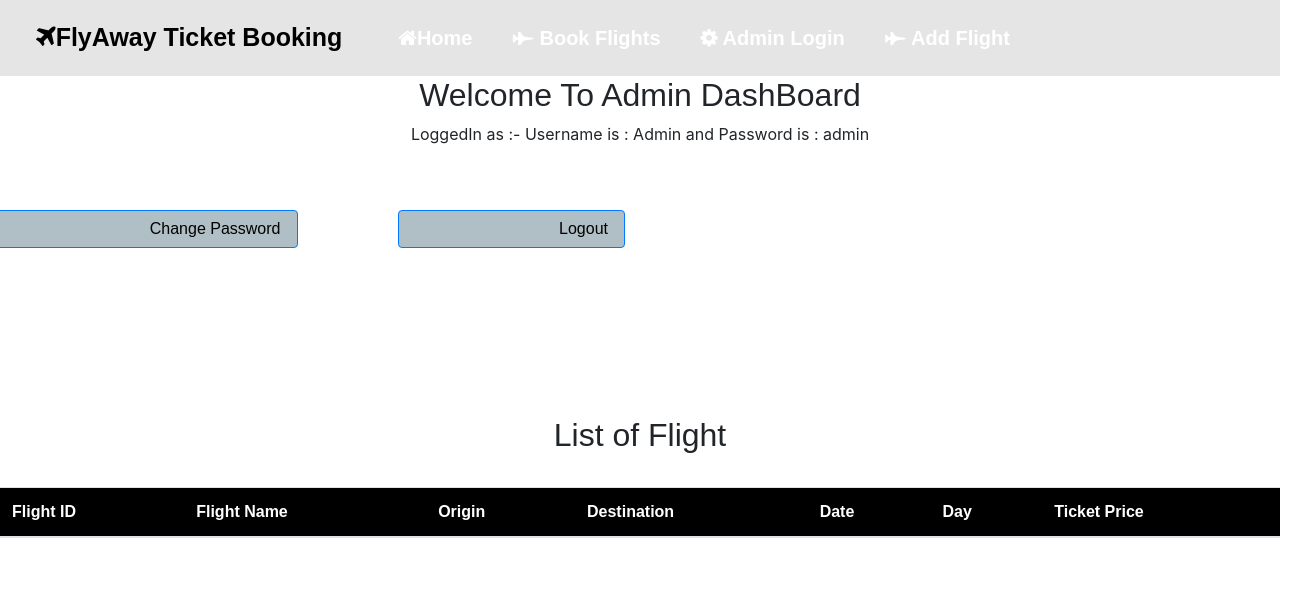
Repository: sayrabano/Phase2-project
Page: http://localhost/FlyAway/adminDashboard.jsp
An editor plug-in stored every save of this project. The page is shown before and after the next save, followed by the edit.
The browser window is 1280 px wide. The page is 1295 px wide, so the pictures cover 1295 px, including what lies to the right of the window. The pictures show the whole page.
Some web fonts or font styles are not loaded; a fallback is used. The page is served by Tomcat 9. Other server files are loaded and not shown. Queries for data that is not in the repository find no rows.

Above is the page before, as saved 2021-09-24 20:23:08.

### FlyAway/src/main/webapp/adminDashboard.jsp
<%@ page language="java" contentType="text/html; charset=ISO-8859-1"
	pageEncoding="ISO-8859-1"%>
<%@page import="java.sql.*"%>
<%@page import=" com.flyaway.LogIn"%>

<%
String driverName = "com.mysql.cj.jdbc.Driver";
String Url = "jdbc:mysql://localhost:3306/flyaway";

String userId = "root";
String password = "say123";

try {
	Class.forName(driverName);
} catch (ClassNotFoundException e) {
	e.printStackTrace();
}
Connection connection = null;
Statement statement = null;
ResultSet resultSet = null;
%>

<!DOCTYPE html>
<html>
<head>
<meta charset="ISO-8859-1">
<title>FlyAway</title>
<link rel="stylesheet"
	href="https://cdnjs.cloudflare.com/ajax/libs/font-awesome/4.7.0/css/font-awesome.min.css">
<!-- Required meta tags -->
<meta charset="utf-8">
<meta name="viewport"
	content="width=device-width, initial-scale=1, shrink-to-fit=no">

<!-- Bootstrap CSS -->
<link rel="stylesheet"
	href="https://maxcdn.bootstrapcdn.com/bootstrap/4.0.0/css/bootstrap.min.css"
	integrity="sha384-Gn5384xqQ1aoWXA+058RXPxPg6fy4IWvTNh0E263XmFcJlSAwiGgFAW/dAiS6JXm"
	crossorigin="anonymous">
<link rel="stylesheet"
	href="https://cdnjs.cloudflare.com/ajax/libs/font-awesome/4.7.0/css/font-awesome.min.css">
<link
	href="https://fonts.googleapis.com/css2?family=Baloo+Bhai+2:wght@500&display=swap"
	rel="stylesheet">
<link
	href="https://fonts.googleapis.com/css2?family=Ubuntu:ital,wght@1,700&display=swap"
	rel="stylesheet">
<link rel="stylesheet" href="CSS/style7.css" />
<style>
</style>
</head>

<body>

	<nav class="navbar navbar-expand-lg navbar-light bg-custom" id="navbar">





		<a class="navbar-brand" id="tag"><i class="fa fa-plane"
			aria-hidden="true"></i>FlyAway Ticket Booking</a>


		<div class="collapse navbar-collapse" id="navbarSupportedContent">
			<ul class="navbar-nav mr-auto">
				<li class="nav-item"><a class="nav-link" href="Home.jsp"> <i
						class="fa fa-home" aria-hidden="true"></i>Home
				</a></li>

				<li class="nav-item"><a class="nav-link"
					href="option-flightsearch.jsp"><i class="fa fa-fighter-jet"></i>
						Book Flights </a></li>
				<li class="nav-item"><a href="Login.jsp" class="nav-link"><i
						class="fa fa-gear"></i> Admin Login</a></li>
						<li class="nav-item"><a href="#" class="nav-link">
						<i class="fa fa-fighter-jet"></i> Add Flight</a></li>




			</ul>



		</div>

	</nav>


	<div>
		<h2>Welcome To Admin DashBoard</h2>
		<p style="text-align:center;"> LoggedIn as :- Username is : <%=LogIn.username %> and
		Password is : <%=LogIn.password %>
</p>

	<br><br>

	</div>
	<div class="row" align="center">
	<div class="col-lg-3 col-md-4 col-sm-4 mb-4">
           <form action="Changepassword.jsp" method="post">
           <button type="submit" class="btn btn-primary btn">Change Password</button>
		</form>
        </div>
        <div class="col-lg-3 col-md-4col-sm-6 mb-4">
            <form action="LogOut" method="get">
           <button type="submit" class="btn btn-primary btn">Logout</button>
		</form>
        </div>

        </div>
        </div>
         <br><br><br><br><br><br>
               <center><h2>List of Flight</h2></center><br>

				<table class="table table-bodered table striped" align="center">
					<thead class="thead">
						<tr>
							<th scope="col">Flight ID</th>
							<th scope="col">Flight Name</th>
							<th scope="col">Origin</th>
							<th scope="col">Destination</th>
							<th scope="col">Date</th>
							<th scope="col">Day</th>
							<th scope="col">Ticket Price</th>
						</tr>
					</thead>
					<tbody class="tbody">


						<%
						try {
							connection = DriverManager.getConnection(Url, userId, password);
							statement = connection.createStatement();
							String sql = "SELECT * FROM flight_list";
							resultSet = statement.executeQuery(sql);
							while (resultSet.next()) {
						%>
						<tr>
							<td><%=resultSet.getString("Id")%></td>
							<td><%=resultSet.getString("Flight")%></td>
							<td><%=resultSet.getString("Origin")%></td>
							<td><%=resultSet.getString("Destination")%></td>
							<td><%=resultSet.getString("Day")%></td>
							<td><%=resultSet.getString("Date")%></td>
							<td><%=resultSet.getString("Ticket_Price")%></td>
						</tr>
						<%
						}
						} catch (Exception e) {
						e.printStackTrace();
						}

						%>
					</tbody>
				</table>

</body>
</html>

### FlyAway/src/main/webapp/CSS/style7.css
@charset "ISO-8859-1";
@charset "ISO-8859-1";

#navbar{
background-color:rgba(0,0,0,.1) ;
font-family:'Ubuntu', sans-serif;

}


#navbar ul li a{
	color:white;

	font-size:20px;
	font-weight:bold;
	padding:15px 20px;

}
#navbar ul li a:hover{
	color:black;
	background-color:white;
	border-radius:18px;


}


#tag{
	font-size:25px;
 color:black;
 font-weight:bold;


	float:right;
	padding: 10px 20px;

}
#gear{
	margin:2px;
	padding:10px;



}
#gear a:hover{



	background-color:white;


}
h2{
	text-align:center;
	font-family:'Ubuntu', sans-serif;
}
.btn{
	color:black;
	padding-left:10rem;
	padding-right:1rem;
	margin-top: 15;

   background-color:#b0bec5;
	font-family:'Ubuntu', sans-serif;
	float:right;
    display:flex;


}
.thead{
	background-color:#000000;
	font-family:'Ubuntu', sans-serif;
	color:white;
}
.tbody{
	background-color:#b0bec5;
	font-family:'Ubuntu', sans-serif;
}

After the next save:
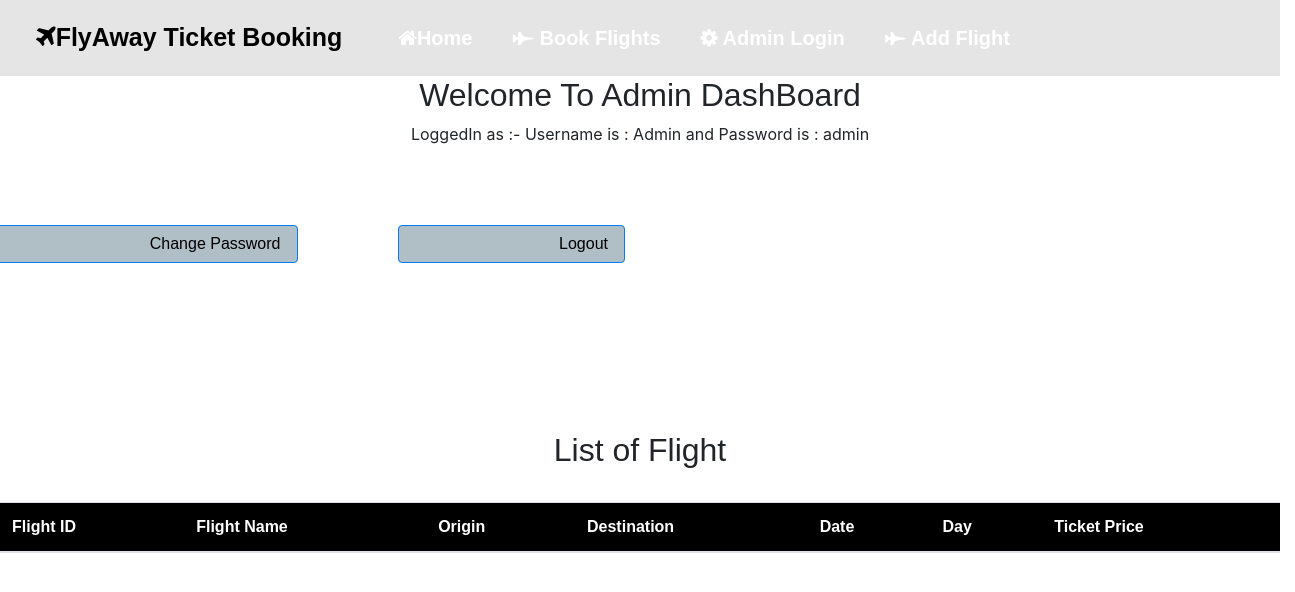
Saved 94 s later.
--- a/FlyAway/src/main/webapp/CSS/style7.css
+++ b/FlyAway/src/main/webapp/CSS/style7.css
@@ -58,7 +58,7 @@ h2{
 	color:black;
 	padding-left:10rem;
 	padding-right:1rem;
-	margin-top: 15;
+	margin-top: 15px;
 
    background-color:#b0bec5;
 	font-family:'Ubuntu', sans-serif;
